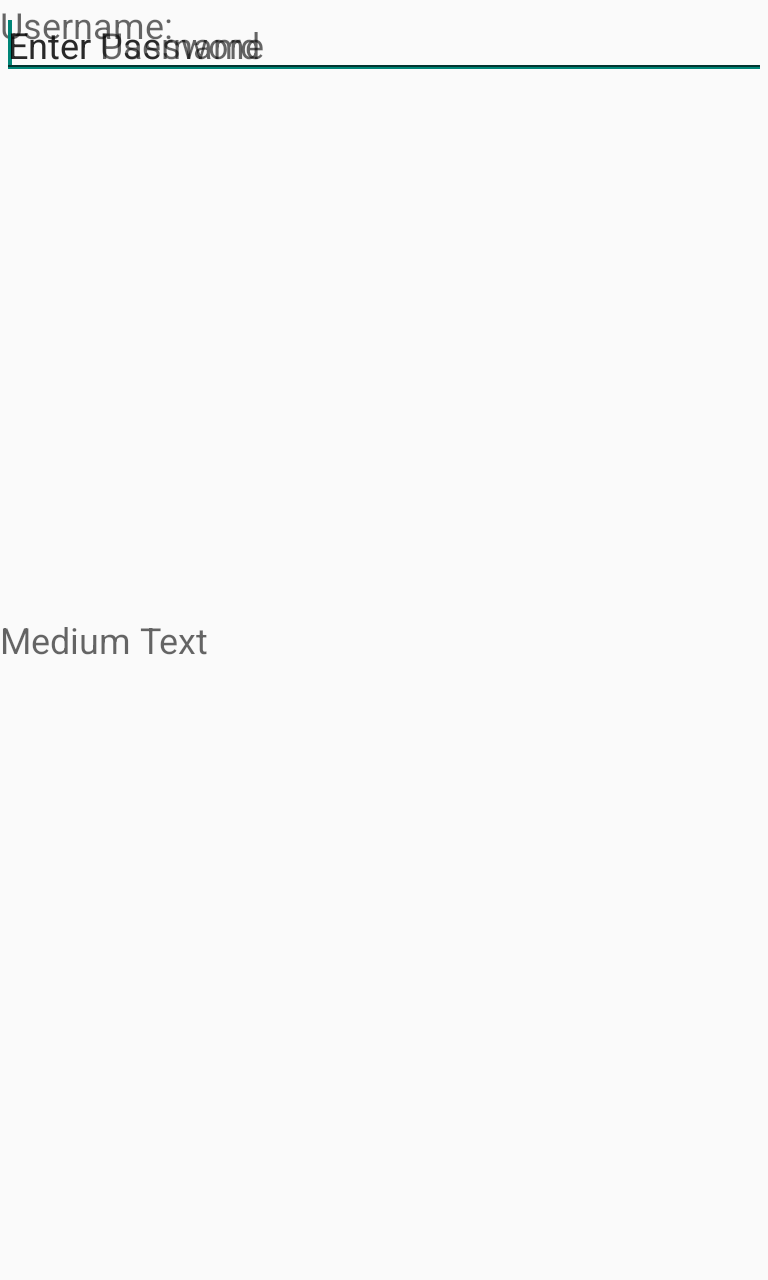
Repository: japheth-starita/DoorLockSystem
Layout: DoorLockSystem/res/layout/activity_login_device_man.xml
An editor plug-in stored every save of this project. The layout is shown before and after the next save, followed by the edit.
It is drawn on a 768 x 1280 px phone screen (xhdpi) without system bars, with theme AppTheme; the app's code is not run.

Above is the layout before, as saved 2015-11-20 12:41:14.

### DoorLockSystem/res/layout/activity_login_device_man.xml
<?xml version="1.0" encoding="utf-8"?>
<RelativeLayout xmlns:android="http://schemas.android.com/apk/res/android"
    android:layout_width="match_parent"
    android:layout_height="match_parent"
    android:orientation="vertical" >

    <TextView
        android:id="@+id/Username"
        android:layout_width="wrap_content"
        android:layout_height="wrap_content"
        android:text="Username: "
        android:textAppearance="?android:attr/textAppearanceMedium" />

    <EditText
        android:id="@+id/editText1"
        android:layout_width="match_parent"
        android:layout_height="wrap_content"
        android:ems="10"
        android:hint="Enter Username">
        <requestFocus/>
    </EditText>

    <TextView
        android:id="@+id/Password"
        android:layout_centerVertical="true"
        android:layout_width="wrap_content"
        android:layout_height="wrap_content"
        android:text="Medium Text"
        android:textAppearance="?android:attr/textAppearanceMedium" />

    <EditText
        android:id="@+id/editText2"
        android:layout_width="match_parent"
        android:layout_height="wrap_content"
        android:ems="10"
        android:inputType="textPassword"
        android:hint="Enter Password" />

</RelativeLayout>

Loaded but not shown: DoorLockSystem/res/values/styles.xml (common file); DoorLockSystem/res/values-v11/styles.xml (common file); DoorLockSystem/res/values-v14/styles.xml (common file)

After the next save:
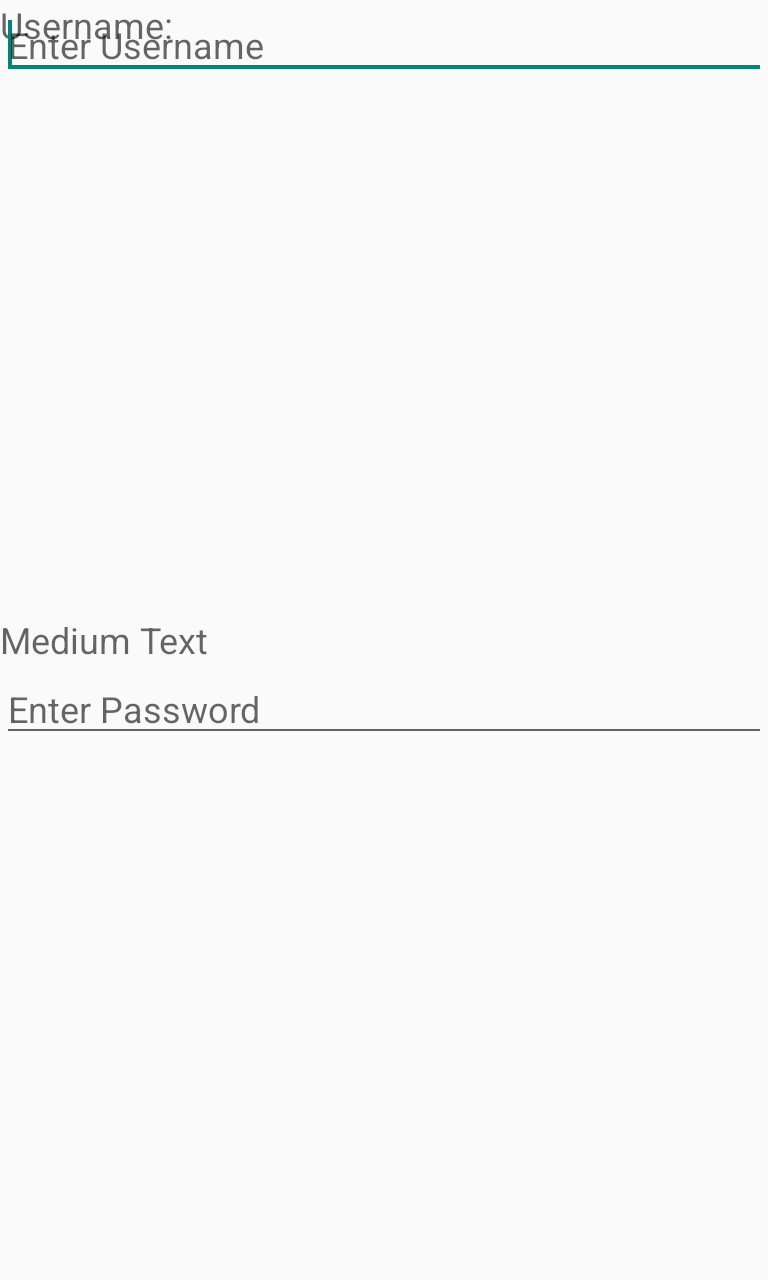
Saved 35 s later.
--- a/DoorLockSystem/res/layout/activity_login_device_man.xml
+++ b/DoorLockSystem/res/layout/activity_login_device_man.xml
@@ -30,6 +30,7 @@
 
     <EditText
         android:id="@+id/editText2"
+        android:layout_below="@+id/Password"
         android:layout_width="match_parent"
         android:layout_height="wrap_content"
         android:ems="10"
